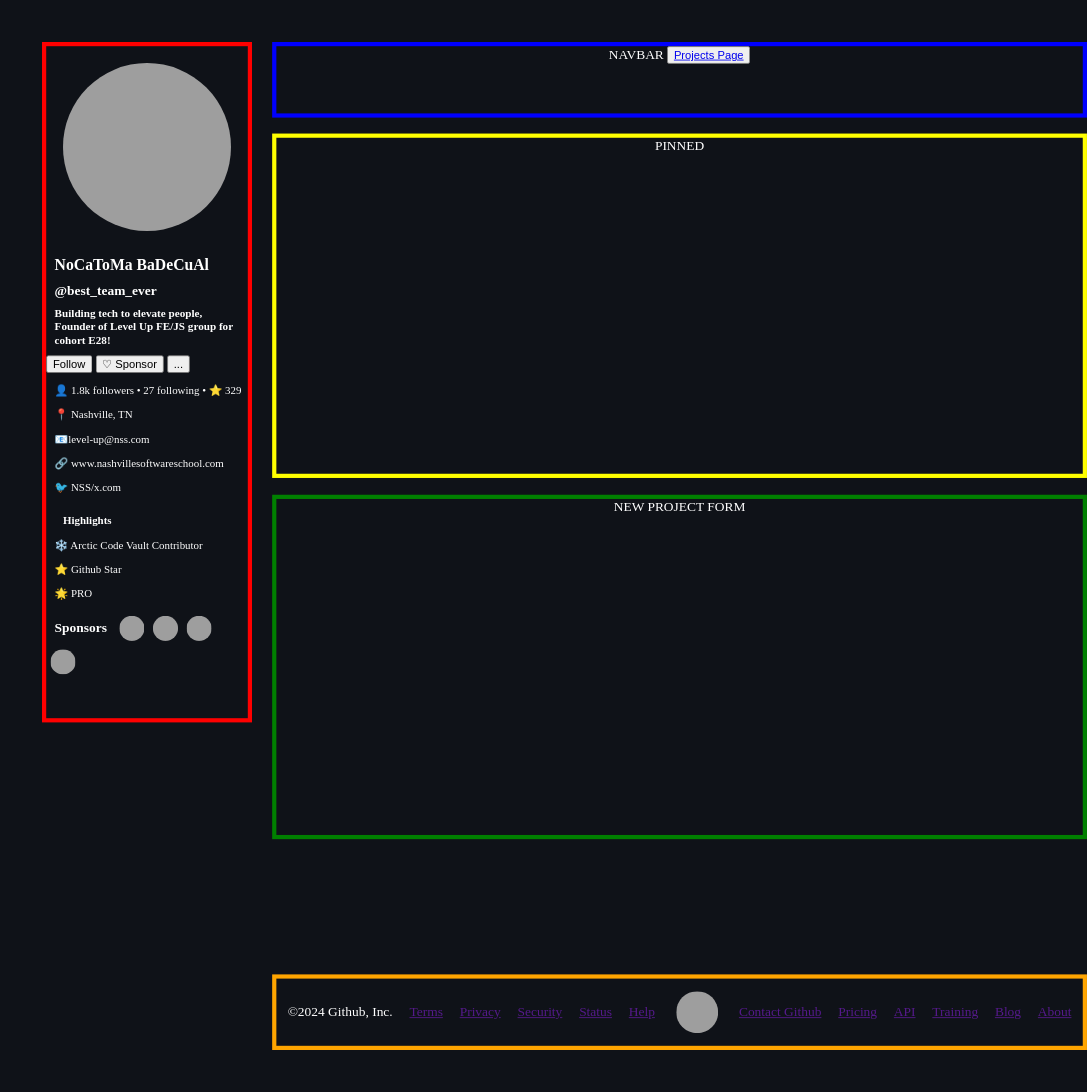
Repository: nss-evening-cohort-28/nss-evening-cohort-28-classroom-gitsub-Q1-project-gitsub
Page: index.html
An editor plug-in stored every save of this project. The page is shown before and after the next save, followed by the edit.
The browser window is 1280 px wide. The page is 1294 px wide, so the pictures cover 1294 px, including what lies to the right of the window. The pictures show the whole page, at 84% of full size.
Pictures or frames that could not be fetched are drawn as grey boxes.

Above is the page before, as saved 2024-08-07 22:12:17.

### index.html
<!DOCTYPE html>
<html lang="en">
<head>
    <meta charset="UTF-8">
    <meta name="viewport" content="width=device-width, initial-scale=1.0">
    <link rel="stylesheet" href="main.css">
    <title>Document</title>
</head>
<body>
    <div class="flexContainer">
        <div class="profile">
          <div class="top-section">
            <img src="https://media.tenor.com/GliBTZeL1kQAAAAM/%D0%BC%D0%BE%D0%B9-%D0%B4%D0%B5%D0%B4.gif" class="card-img-top" >
            <div class="profile-info">
            <h3>NoCaToMa BaDeCuAl</h3>
            <h4>@best_team_ever</h4>
            <h5>Building tech to elevate people, Founder of Level Up FE/JS group for cohort E28!</h5>
            </div>
            <div class="profile-section-buttons">
              <div class="d-grid gap-2 d-md-block">
                <button class="btn btn-primary" type="button">Follow</button>
                <button class="btn btn-primary" type="button">♡ Sponsor</button>
                <button class="btn btn-primary" type="button">...</button>
              </div>
            </div>
            <div class="profile-body">
              <p>👤 1.8k followers • 27 following • ⭐️ 329</p>
              <p>📍 Nashville, TN</p>
              <p>📧level-up@nss.com</p>
              <p>🔗 www.nashvillesoftwareschool.com</p>
              <p>🐦 NSS/x.com</p>
            </div>
          </div>
          <div class="middle-section">
            <h4>Highlights</h4>
            <p>❄️ Arctic Code Vault Contributor</p>
            <p>⭐️ Github Star</p>
            <p>🌟 PRO</p>
          </div>
          <div class="bottom-section">
            <h4>Sponsors</h4>
            <br>
            <img src="https://avatars.githubusercontent.com/u/31261276?s=100&v=4" class="sponsor-pic">
            <img src="https://avatars.githubusercontent.com/u/137121714?s=100&v=4" class="sponsor-pic">
            <img src="https://avatars.githubusercontent.com/u/173638175?s=100&v=4" class="sponsor-pic">
            <img src="https://avatars.githubusercontent.com/u/107224963?s=100&v=4" class="sponsor-pic">
          </div>
        </div>
        <div class="flexContainer">
            <div class="navBar">NAVBAR
              <button><a href="projects.html">
                Projects Page
              </a></button>
            </div>
            <div class="pinned">PINNED</div>
            <div class="newProject">NEW PROJECT FORM</div>
            <div class="footer">
              <div class="footer-links">
                <p>©2024 Github, Inc.</p>
                <a id="footer-tag" href="">Terms</a>
                <a id="footer-tag" href="">Privacy</a>
                <a id="footer-tag" href="">Security</a>
                <a id="footer-tag" href="">Status</a>
                <a id="footer-tag" href="">Help</a>
                <img src="https://cdn-icons-png.flaticon.com/256/889/889111.png" class="footer-pic">
                <a id="footer-tag" href="">Contact Github</a>
                <a id="footer-tag" href="">Pricing</a>
                <a id="footer-tag" href="">API</a>
                <a id="footer-tag" href="">Training</a>
                <a id="footer-tag" href="">Blog</a>
                <a id="footer-tag" href="">About</a>
              </div>
            </div>
        </div>
    </div>
    <script src="main.js"></script>
</body>
</html>

### main.css
body {
    background-color: #0F1218;
    text-align: center;
    margin: 50px;
    width: 1200px;
    color: white;
}

.flexContainer {
    display: flex;
    flex-wrap: wrap;
    flex-direction: column;
    max-width: 75rem;
    height: 75rem;
    gap: 2%;
}

.profile {
    border: 5px solid red;
    width: 15rem;
    height: 50rem;
    text-align: left;

}

.navBar {
    border: 5px solid blue;
    width: 60rem;
    height: 5rem;
}

.pinned {
    border: 5px solid yellow;
    width: 60rem;
    height: 25rem;
    margin-top: 2%;
}

.newProject {
    border: 5px solid green;
    width: 60rem;
    height: 25rem;
    margin-top: 2%;
}

.footer {
    border: 5px solid orange;
    width: 60rem;
    height: 5rem;
    margin-top: auto;
    align-self: flex-end;
}

#footerContainer {
    display: flex;
    align-self: flex-end;

}

/* Noah Styling: Profile Section Start*/
h3, h4, h5 {
    margin: 10px;
}

.top-section {
    display: flex;
    flex-wrap: wrap;
    justify-content: flex-start;
    margin: 0px;
}

.card-img-top {
    display: flex;
    flex-wrap: wrap;
    justify-content: space-around;
    border-radius: 50%;
    height: 200px;
    width: 200px;
    margin: 20px;
  }

  .bottom-section {
    display: flex;
    flex-wrap: wrap;
    align-content: end;

  }
  .sponsor-pic {
    border-radius: 50%;
    height: 30px;
    width: 30px;
    margin: 5px;
  }

  .profile-body {
    font-size: small;
    margin: 0px 0px 0px 10px;
    padding: 0px;
  }

  .middle-section {
    font-size: small;
    margin-left: 10px;
  }
/* Noah Styling: Profile Section End */

/* Noah Styling: Footer Section Start */

.footer {
    display: flex;
    flex-wrap: wrap;
    flex-direction: row;
    justify-content: space-evenly;
    gap: auto;
}

.footer-pic {
    display: flex;
    flex-wrap: wrap;
    flex-direction: row;
    justify-content: space-evenly;
    border-radius: 50%;
    height: 50px;
    width: 50px;
    margin: 5px;
  }
  .footer-links {
    display: flex;
    flex-wrap: wrap;
    flex-direction: row;
    align-items: center;
    justify-content: space-between;
    gap: 20px;

  }


/* Noah Styling: Footer Section Start */

Loaded but not shown: main.js (no copy from this time; the picture is the same without it)

After the next save:
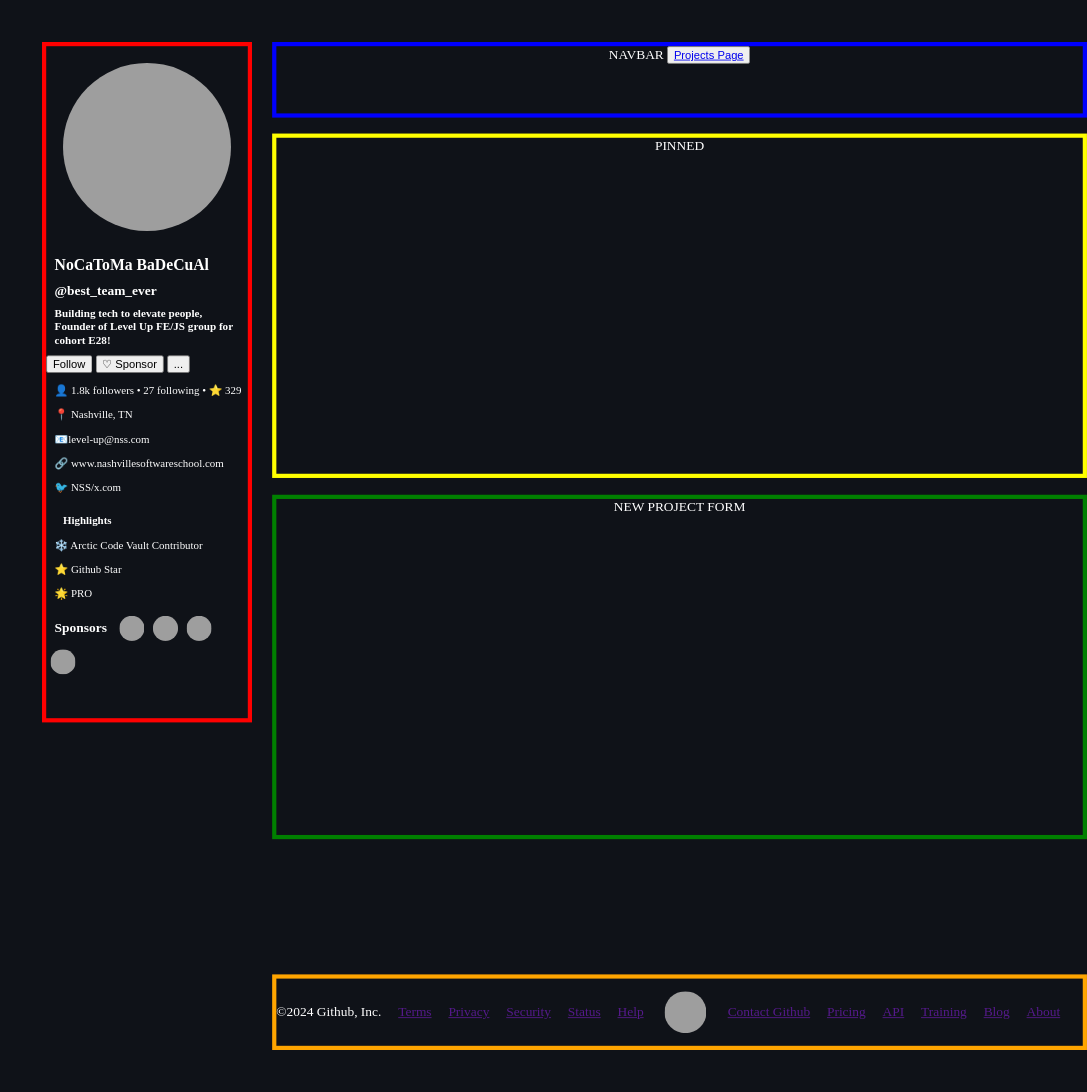
Saved 15 s later.
--- a/main.css
+++ b/main.css
@@ -109,9 +109,6 @@
 .footer {
     display: flex;
     flex-wrap: wrap;
-    flex-direction: row;
-    justify-content: space-evenly;
-    gap: auto;
 }
 
 .footer-pic {

After the save that followed:
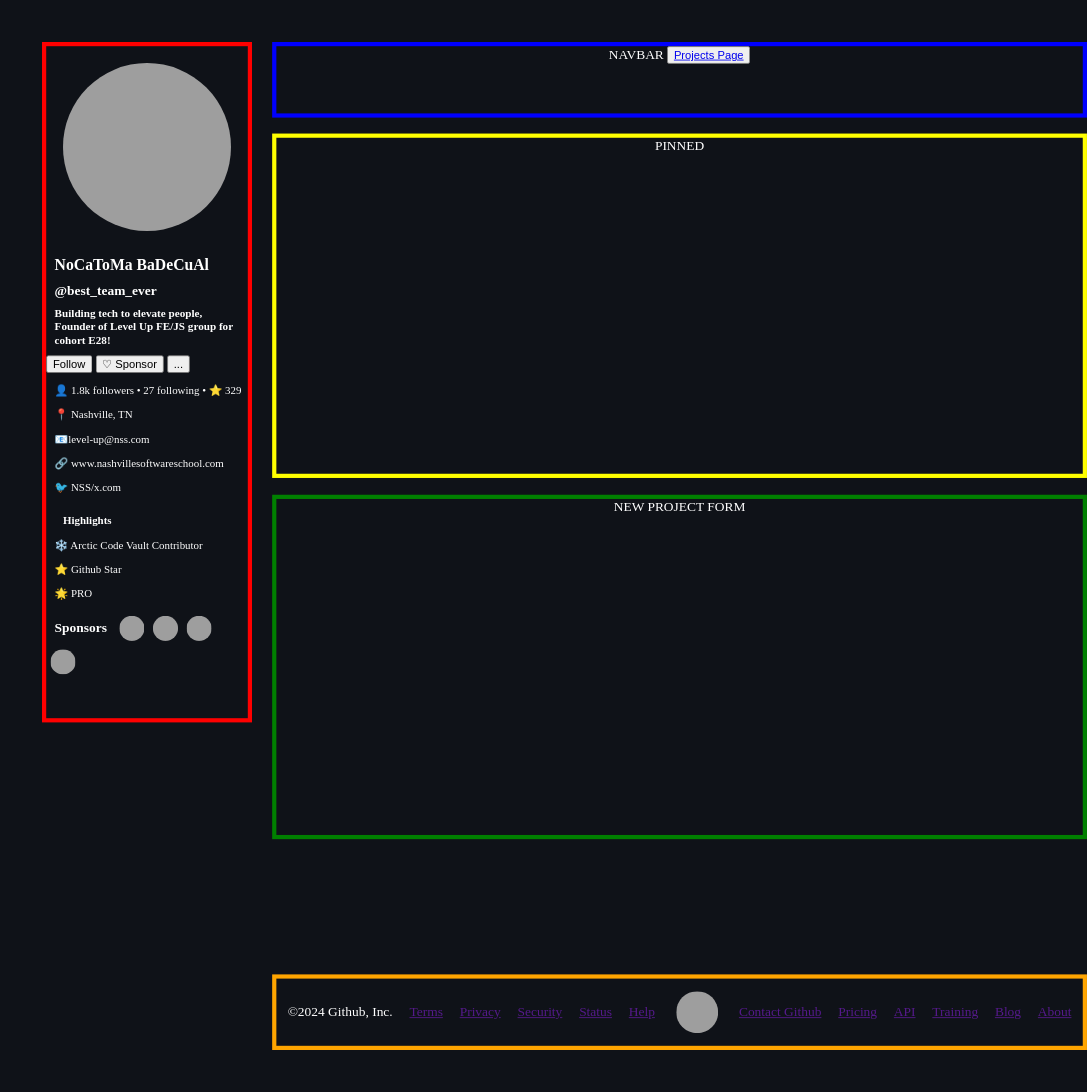
Saved 7 s later.
--- a/main.css
+++ b/main.css
@@ -109,6 +109,8 @@
 .footer {
     display: flex;
     flex-wrap: wrap;
+    flex-direction: row;
+    justify-content: space-evenly;
 }
 
 .footer-pic {
